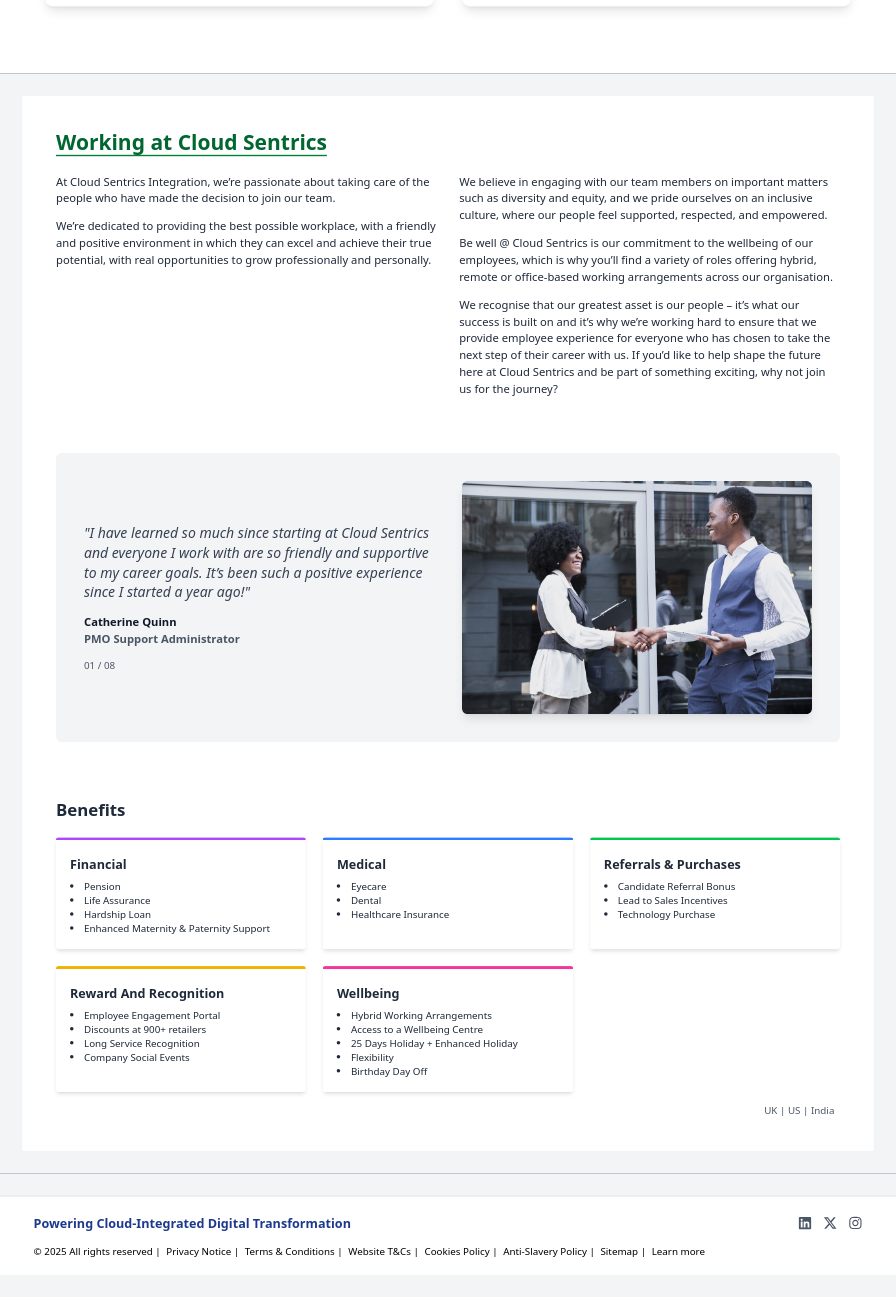
Repository: chykesure/cloudsentrics_
Page: /careers
The author's editor kept a copy of each file at every save. The page is drawn from the files as they stood at one save, then again after the next save.
The browser window is 1280 px wide. The pictures show the part of the page from y = 903 to 2823 px (the page is 2756 px tall before and 2823 px after), at 70% of full size.
The project was rebuilt for these pictures with package versions that can differ from the ones it lists, and the page was loaded fresh each time. Also part of the build but not shown: vite.config.js, src/pages/Header.jsx, src/pages/Footer.jsx, src/pages/students/Reviews.jsx, src/pages/students/Testimony.jsx, src/pages/students/TestimonyLanding.jsx, src/pages/LandingPage.jsx, src/pages/students/Header.jsx and 38 more.

Above is the page before, as saved 2025-04-09 10:46:02.

### src/index.css
@import "tailwindcss";

@keyframes zoomInOut {
    0% {
        transform: scale(1);
    }
    100% {
        transform: scale(1.1);
    }
}

.zoom-animation {
    animation: zoomInOut 5s infinite alternate ease-in-out;

}

### src/App.jsx
import { BrowserRouter as Router, Routes, Route } from "react-router-dom";
import LandingPage from "./pages/LandingPage";
import StudentPage from "./pages/students/StudentPage";
import AboutUs from "./pages/students/AboutUs/AboutUs";
import "./App.css";
import AWS from "./pages/students/courses/AWS";
import DevSecOps from "./pages/students/courses/DevSecOps";
import AZURE from "./pages/students/courses/AZURE";
import Blogs from "./pages/students/blogs/Blogs";
import EventsPage from "./pages/students/events/EventsPage";
import FloatsButtons from "./pages/FloatsButtons";
import PartnerPage from "./pages/partners/home/PartnerPage";
import Ai from "./pages/partners/menu/ai";
import CloudSecurity from "./pages/partners/menu/cloudsecurity";
import IOT from "./pages/partners/menu/iot";
import Technology from "./pages/partners/menu/technology";
import Workplace from "./pages/partners/menu/workplace";
import InsightMenu from "./pages/partners/main_menu/insight";
import NewsPage from "./pages/partners/main_menu/news";
import CaseStudy from "./pages/partners/main_menu/casestudy";
import AboutCloud from "./pages/partners/main_menu/aboutus";
import Careers from "./pages/partners/main_menu/careers";

function App() {
  return (
    <Router>
      <div className="flex flex-col min-h-screen">
        {/* Floating Buttons will always be visible */}
        <FloatsButtons />

        <div className="flex-grow pt-20"> {/* Adjust padding-top based on header height */}
          <Routes>

            {/* Student Section */}
            <Route path="/" element={<LandingPage />} />
            <Route path="/StudentPage" element={<StudentPage />} />
            <Route path="/about" element={<AboutUs />} />
            <Route path="/courses/AWS" element={<AWS />} />
            <Route path="/courses/Azure" element={<AZURE />} />
            <Route path="/courses/DevSecOps" element={<DevSecOps />} />
            <Route path="/blog" element={<Blogs />} />
            <Route path="/events" element={<EventsPage />} />

            {/* The Partner Section */}
            <Route path="/PartnerPage" element={<PartnerPage />} />
            <Route path="/ai" element={<Ai />} />
            <Route path="/cloud-security" element={<CloudSecurity />} />
            <Route path="/iot" element={<IOT />} />
            <Route path="/technology" element={<Technology />} />
            <Route path="/modern-workplace" element={<Workplace />} />
            <Route path="/insights" element={<InsightMenu />} />
            <Route path="/news" element={<NewsPage />} />
            <Route path="/case-studies" element={<CaseStudy />} />
            <Route path="/about-cloudsentrics" element={<AboutCloud />} />
            <Route path="/careers" element={<Careers />} />
          </Routes>
        </div>
      </div>
    </Router>
  );
}

export default App;

### src/pages/FloatsButtons.jsx
import { FaWhatsapp, FaArrowUp } from "react-icons/fa";
import { motion } from "framer-motion";

const FloatsButtons = () => {
    const scrollToTop = () => {
        window.scrollTo({ top: 0, behavior: "smooth" });
    };

    return (
        <>
            {/* Floating WhatsApp Button (Left) */}
            <motion.a
                href="https://wa.me/message/62QVNSESZ56FC1"
                target="_blank"
                rel="noopener noreferrer"
                className="fixed bottom-6 left-6 bg-green-500 text-white p-4 rounded-full shadow-lg flex items-center justify-center z-50"
                title="Chat with us on WhatsApp"
                animate={{ y: [0, -10, 0] }}
                transition={{ duration: 1.5, repeat: Infinity, repeatType: "reverse", ease: "easeInOut" }}
                whileHover={{ scale: 1.2 }}
            >
                <FaWhatsapp size={28} />
            </motion.a>

            {/* Floating Back to Top Button (Right) */}
            <motion.button
                onClick={scrollToTop}
                className="fixed bottom-6 right-6 bg-[#1e4272] text-white p-4 rounded-full shadow-lg flex items-center justify-center z-50"
                title="Back to Top"
                animate={{ y: [0, -10, 0] }}
                transition={{ duration: 1.5, repeat: Infinity, repeatType: "reverse", ease: "easeInOut" }}
                whileHover={{ scale: 1.2 }}
            >
                <FaArrowUp size={28} />
            </motion.button>
        </>
    );
};

export default FloatsButtons;

### src/pages/partners/Header.jsx
import { useState, useEffect } from "react";
import { FaSearch, FaPhone, FaBars, FaTimes } from "react-icons/fa";
import { Link } from "react-router-dom";
import { motion } from "framer-motion";

const Header = () => {
  const [menuOpen, setMenuOpen] = useState(false);
  const [expiry, setExpiry] = useState({ days: 203, hours: 2, minutes: 43, seconds: 8 });

  useEffect(() => {
    const timer = setInterval(() => {
      setExpiry((prev) => {
        let { days, hours, minutes, seconds } = prev;
        if (seconds > 0) {
          seconds -= 1;
        } else {
          seconds = 59;
          if (minutes > 0) {
            minutes -= 1;
          } else {
            minutes = 59;
            if (hours > 0) {
              hours -= 1;
            } else {
              hours = 23;
              if (days > 0) days -= 1;
            }
          }
        }
        return { days, hours, minutes, seconds };
      });
    }, 1000);

    return () => clearInterval(timer);
  }, []);

  return (
    <header className="bg-[#1e4272] text-white flex items-center justify-between px-6 py-4 fixed top-0 left-0 w-full z-50 shadow-md">
      {/* Windows 10 Expiry Countdown */}
      <div className="flex items-center gap-3 text-sm">
        {/* Countdown content here if needed */}
      </div>

      {/* Updated Desktop Navigation with Framer Motion and React Router */}
      <motion.div
        className="hidden lg:flex flex-grow justify-center items-center space-x-6 lg:space-x-10 text-lg lg:text-xl font-semibold tracking-wide h-full"
        initial={{ opacity: 0, y: -10 }}
        animate={{ opacity: 1, y: 0 }}
        transition={{ duration: 0.6, ease: "easeOut" }}
      >
        {[
          { label: "INSIGHTS", path: "/insights" },
          { label: "NEWS", path: "/news" },
          { label: "CASE STUDIES", path: "/case-studies" },
          { label: "ABOUT CLOUD-SENTRICS", path: "/about-cloudsentrics" },
          { label: "CAREERS", path: "/careers" },
          { label: "CONTACT", path: "/contact" },
        ].map((item, index) => (
          <Link key={index} to={item.path}>
            <motion.span
              className="relative cursor-pointer transition-all duration-300 group hover:text-blue-400 whitespace-nowrap"
              whileHover={{ scale: 1.1 }}
            >
              {item.label}
              <span className="absolute left-0 bottom-0 w-0 h-[3px] bg-white transition-all duration-300 group-hover:w-full"></span>
            </motion.span>
          </Link>
        ))}
      </motion.div>

      {/* Contact and Search */}
      <div className="hidden lg:flex items-center gap-4">
        <a
          href="tel:+442392825925"
          className="flex items-center gap-1 text-sm font-semibold transition-all duration-300 hover:text-gray-300"
        >
          <FaPhone /> +1 346-399-8985
        </a>
        <button className="text-white transition-all duration-300 hover:text-gray-300">
          <FaSearch />
        </button>
      </div>

      {/* Mobile Menu Button */}
      <button
        className="lg:hidden text-xl transition-transform transform hover:scale-110"
        onClick={() => setMenuOpen(!menuOpen)}
      >
        {menuOpen ? <FaTimes /> : <FaBars />}
      </button>

      {/* Mobile Navigation with Slide-in Effect */}
      <div
        className={`fixed top-14 left-0 w-full bg-[#1e4272] shadow-md p-4 flex flex-col items-center gap-4 text-sm transform transition-transform duration-500 ${
          menuOpen ? "translate-x-0" : "-translate-x-full"
        }`}
      >
        {["Powering Cloud-Integrated Digital Transformation"].map((item, index) => (
          <a key={index} href="#" className="text-3xl font-semibold transition-all duration-300 hover:scale-110">
            {item}
          </a>
        ))}
        <a href="tel:+442392825925" className="flex items-center gap-1 text-sm font-semibold">
          <FaPhone /> +1 346-399-8985
        </a>
        <button className="text-white transition-all duration-300 hover:text-gray-300">
          <FaSearch />
        </button>
      </div>
    </header>
  );
};

export default Header;

### src/pages/partners/home/Footer.jsx
import React from 'react';
import { FaLinkedin, FaXTwitter, FaInstagram } from 'react-icons/fa6';
import { Link } from 'react-router-dom';

function Footer() {
    return (
        <footer className="bg-white text-black py-6 border-t border-gray-300 text-sm w-full">
            <div className="w-full px-6 lg:px-12">
                {/* Main Footer Section */}
                <div className="flex flex-col md:flex-row justify-between items-center text-center md:text-left">
                    <h3 className="font-bold text-lg text-blue-900">Powering Cloud-Integrated Digital Transformation</h3>

                    {/* Social Icons */}
                    <div className="flex space-x-4 mt-4 md:mt-0">
                        <a href="https://www.linkedin.com/posts/cloud-sentrics_cloud-sentrics-linkedin-activity-7291379079860117505-ve54?utm_source=share&utm_medium=member_android" target="_blank" rel="noopener noreferrer" className="text-gray-600 hover:text-black">
                            <FaLinkedin size={20} />
                        </a>
                        <a href="https://x.com/CloudSentrics" target="_blank" rel="noopener noreferrer" className="text-gray-600 hover:text-black">
                            <FaXTwitter size={20} />
                        </a>
                        <a href="https://www.instagram.com/cloudsentrics/" target="_blank" rel="noopener noreferrer" className="text-gray-600 hover:text-black">
                            <FaInstagram size={20} />
                        </a>
                    </div>
                </div>

                {/* Footer Links */}
                <div className="mt-4 text-center md:text-left">
                    <p>© {new Date().getFullYear()} All rights reserved |
                        <Link to="#" className="ml-2 hover:text-blue-600">Privacy Notice</Link> |
                        <Link to="#" className="ml-2 hover:text-blue-600">Terms & Conditions</Link> |
                        <Link to="#" className="ml-2 hover:text-blue-600">Website T&Cs</Link> |
                        <Link to="#" className="ml-2 hover:text-blue-600">Cookies Policy</Link> |
                        <Link to="#" className="ml-2 hover:text-blue-600">Anti-Slavery Policy</Link> |
                        <Link to="#" className="ml-2 hover:text-blue-600">Sitemap</Link> |
                        <Link to="#" className="ml-2 hover:text-blue-600">Learn more</Link>
                    </p>
                </div>
            </div>
        </footer>
    );
}

export default Footer;

### src/pages/partners/main_menu/otherscareer.jsx
import React from "react";
import { motion } from "framer-motion";

// Testimonial image
const testimonialImg = "/assets/comu1.jpg"; // replace with your own

const CareerPage = () => {
    return (
        <div className="bg-white text-gray-800 px-4 md:px-12 py-12 space-y-20">
            {/* Section 1: Working at Cloud Sentrics */}
            <section className="space-y-6">
                <h2 className="text-3xl font-bold text-green-800 border-b-2 border-green-700 w-fit">Working at Cloud Sentrics</h2>
                <div className="grid md:grid-cols-2 gap-8">
                    <div className="space-y-4">
                        <p>
                            At Cloud Sentrics Integration, we’re passionate about taking care of the people who have made the decision to join our team.
                        </p>
                        <p>
                            We’re dedicated to providing the best possible workplace, with a friendly and positive environment in which they can excel and achieve their true potential, with real opportunities to grow professionally and personally.
                        </p>
                    </div>
                    <div className="space-y-4">
                        <p>
                            We believe in engaging with our team members on important matters such as diversity and equity, and we pride ourselves on an inclusive culture, where our people feel supported, respected, and empowered.
                        </p>
                        <p>
                            Be well @ Cloud Sentrics is our commitment to the wellbeing of our employees, which is why you’ll find a variety of roles offering hybrid, remote or office-based working arrangements across our organisation.
                        </p>
                        <p>
                            We recognise that our greatest asset is our people – it’s what our success is built on and it’s why we’re working hard to ensure that we provide employee experience for everyone who has chosen to take the next step of their career with us. If you’d like to help shape the future here at Cloud Sentrics and be part of something exciting, why not join us for the journey?
                        </p>
                    </div>
                </div>
            </section>

            {/* Section 2: Employee Testimonial */}
            <section className="bg-gray-100 rounded-lg p-6 md:p-10 grid grid-cols-1 md:grid-cols-2 gap-10 items-center">
                <motion.div
                    className="space-y-4"
                    initial={{ opacity: 0, x: -30 }}
                    whileInView={{ opacity: 1, x: 0 }}
                    transition={{ duration: 0.6 }}
                >
                    <blockquote className="text-xl italic font-medium text-gray-700">
                        "I have learned so much since starting at Cloud Sentrics and everyone I work with are so friendly and supportive to my career goals. It’s been such a positive experience since I started a year ago!"
                    </blockquote>
                    <p className="font-semibold text-base text-gray-900">
                        Catherine Quinn <br />
                        <span className="text-gray-600">PMO Support Administrator</span>
                    </p>
                    <div className="text-sm text-gray-600">01 / 08</div>
                </motion.div>

                <motion.div
                    className="w-full h-full rounded overflow-hidden shadow-lg"
                    initial={{ opacity: 0, x: 30 }}
                    whileInView={{ opacity: 1, x: 0 }}
                    transition={{ duration: 0.6 }}
                >
                    <img
                        src={testimonialImg}
                        alt="Catherine Quinn"
                        className="w-full h-full object-cover rounded-lg"
                    />
                </motion.div>
            </section>


            {/* Section 3: Benefits */}
            <section>
                <h3 className="text-2xl font-bold mb-6">Benefits</h3>
                <div className="grid grid-cols-1 sm:grid-cols-2 lg:grid-cols-3 gap-6 text-sm text-gray-800">
                    {/* Each box */}
                    <div className="bg-white shadow-md p-5 rounded space-y-2 border-t-4 border-purple-500">
                        <h4 className="font-semibold text-lg">Financial</h4>
                        <ul className="list-disc list-inside">
                            <li>Pension</li>
                            <li>Life Assurance</li>
                            <li>Hardship Loan</li>
                            <li>Enhanced Maternity & Paternity Support</li>
                        </ul>
                    </div>
                    <div className="bg-white shadow-md p-5 rounded space-y-2 border-t-4 border-blue-500">
                        <h4 className="font-semibold text-lg">Medical</h4>
                        <ul className="list-disc list-inside">
                            <li>Eyecare</li>
                            <li>Dental</li>
                            <li>Healthcare Insurance</li>
                        </ul>
                    </div>
                    <div className="bg-white shadow-md p-5 rounded space-y-2 border-t-4 border-green-500">
                        <h4 className="font-semibold text-lg">Referrals & Purchases</h4>
                        <ul className="list-disc list-inside">
                            <li>Candidate Referral Bonus</li>
                            <li>Lead to Sales Incentives</li>
                            <li>Technology Purchase</li>
                        </ul>
                    </div>
                    <div className="bg-white shadow-md p-5 rounded space-y-2 border-t-4 border-yellow-500">
                        <h4 className="font-semibold text-lg">Reward And Recognition</h4>
                        <ul className="list-disc list-inside">
                            <li>Employee Engagement Portal</li>
                            <li>Discounts at 900+ retailers</li>
                            <li>Long Service Recognition</li>
                            <li>Company Social Events</li>
                        </ul>
                    </div>
                    <div className="bg-white shadow-md p-5 rounded space-y-2 border-t-4 border-pink-500">
                        <h4 className="font-semibold text-lg">Wellbeing</h4>
                        <ul className="list-disc list-inside">
                            <li>Hybrid Working Arrangements</li>
                            <li>Access to a Wellbeing Centre</li>
                            <li>25 Days Holiday + Enhanced Holiday</li>
                            <li>Flexibility</li>
                            <li>Birthday Day Off</li>
                        </ul>
                    </div>
                </div>
                {/* Location links */}
                <div className="mt-4 text-sm text-gray-600 text-right">
                    <span className="mr-2">UK | US | India</span>
                </div>
            </section>
        </div>
    );
};

export default CareerPage;

Loaded but not shown: index.html (common file); src/main.jsx (common file); src/pages/students/AboutUs/AboutUs.jsx (399 lines, source omitted); src/pages/partners/main_menu/careers.jsx (149 lines, source omitted)

After the next save:
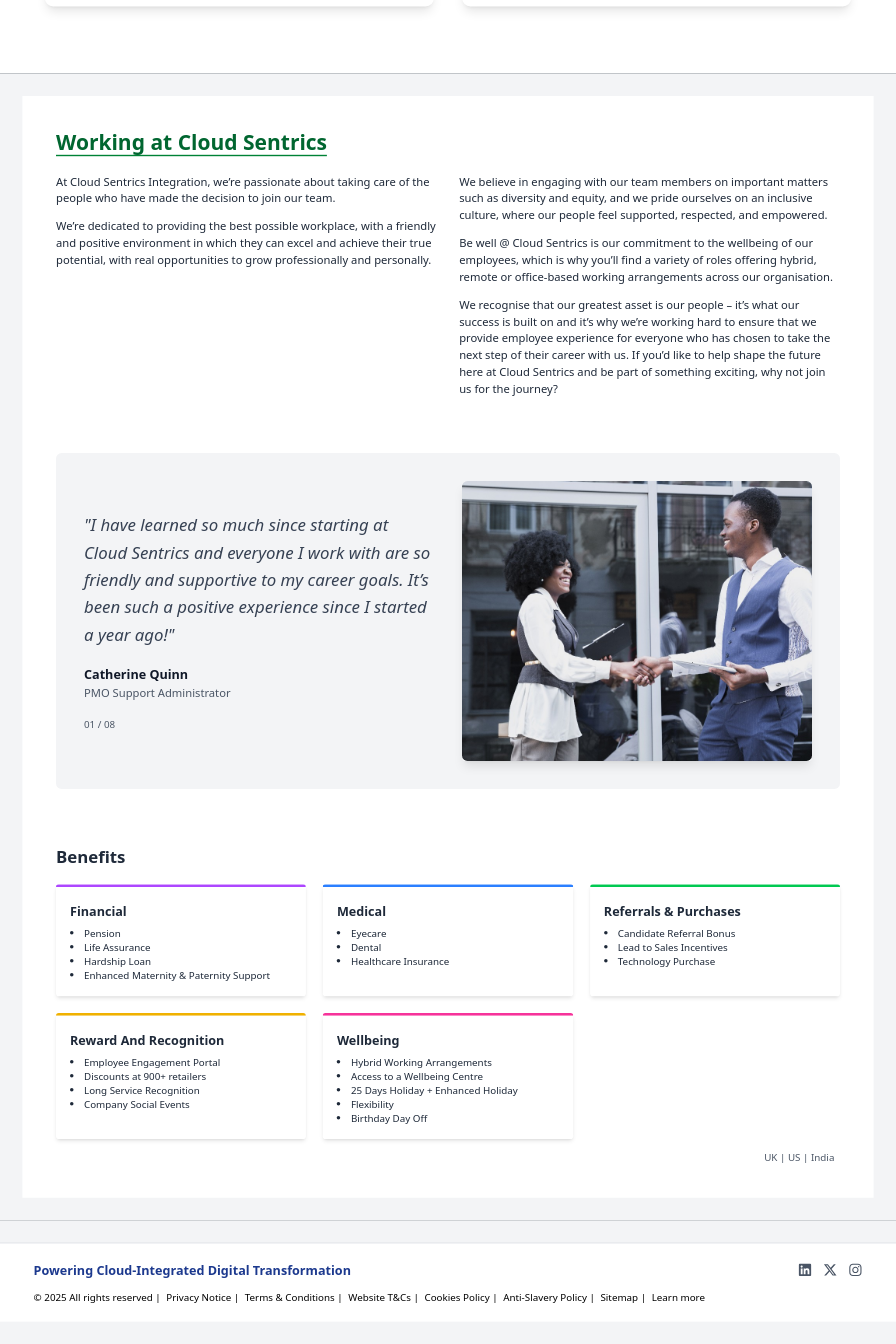
Saved 2 min 25 s later.
--- a/src/pages/partners/main_menu/otherscareer.jsx
+++ b/src/pages/partners/main_menu/otherscareer.jsx
@@ -36,23 +36,27 @@
             {/* Section 2: Employee Testimonial */}
             <section className="bg-gray-100 rounded-lg p-6 md:p-10 grid grid-cols-1 md:grid-cols-2 gap-10 items-center">
                 <motion.div
-                    className="space-y-4"
+                    className="space-y-6 h-full flex flex-col justify-center"
                     initial={{ opacity: 0, x: -30 }}
                     whileInView={{ opacity: 1, x: 0 }}
                     transition={{ duration: 0.6 }}
                 >
-                    <blockquote className="text-xl italic font-medium text-gray-700">
+                    <blockquote className="text-xl md:text-2xl italic font-medium text-gray-700 leading-relaxed">
                         "I have learned so much since starting at Cloud Sentrics and everyone I work with are so friendly and supportive to my career goals. It’s been such a positive experience since I started a year ago!"
                     </blockquote>
-                    <p className="font-semibold text-base text-gray-900">
-                        Catherine Quinn <br />
-                        <span className="text-gray-600">PMO Support Administrator</span>
-                    </p>
+
+                    <div>
+                        <p className="font-semibold text-base md:text-lg text-gray-900">
+                            Catherine Quinn
+                        </p>
+                        <p className="text-sm md:text-base text-gray-600">PMO Support Administrator</p>
+                    </div>
+
                     <div className="text-sm text-gray-600">01 / 08</div>
                 </motion.div>
 
                 <motion.div
-                    className="w-full h-full rounded overflow-hidden shadow-lg"
+                    className="w-full h-80 md:h-[400px] rounded overflow-hidden shadow-lg"
                     initial={{ opacity: 0, x: 30 }}
                     whileInView={{ opacity: 1, x: 0 }}
                     transition={{ duration: 0.6 }}
@@ -64,6 +68,7 @@
                     />
                 </motion.div>
             </section>
+
 
 
             {/* Section 3: Benefits */}
